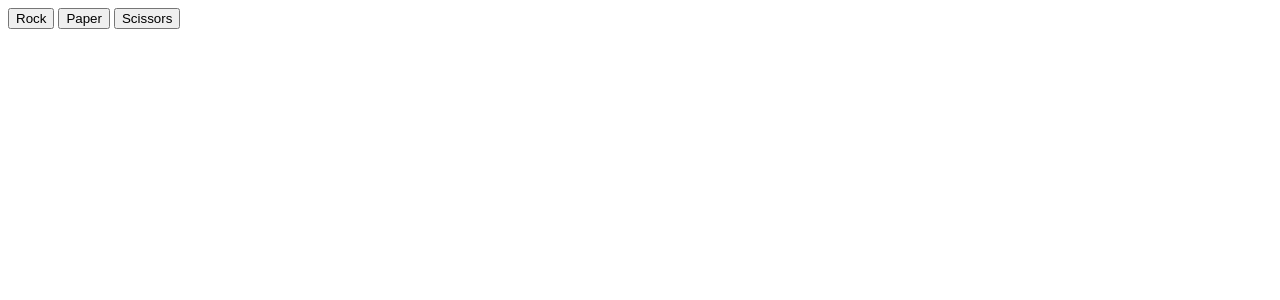
Repository: sokafootball/rock-paper-scissors
Page: index.html
An editor plug-in stored every save of this project. The page is shown before and after the next save, followed by the edit.
The browser window is 1280 px wide. The pictures show the whole page.
After loading, the first visible `#rock-btn` was clicked once.

Above is the page before, as saved 2020-04-14 19:31:23.

### index.html
<html>
<body>
<div id="buttons-div">
  <button id="rock-btn">Rock</button>
  <button id="paper-btn">Paper</button>
  <button id="scissors-btn">Scissors</button>
</div>
<div id="result-div">
</div>

  <script>
    const ROCK = `Rock`, PAPER = `Paper`, SCISSORS = `Scissors`
    const CHOICES = [ROCK, PAPER, SCISSORS]
    const rockButton = document.querySelector(`#rock-btn`)
    const paperButton = document.querySelector(`#paper-btn`)
    const scissorsButton = document.querySelector(`#scissors-btn`)
    const buttons = document.querySelectorAll(`button`)
    const resultDiv = document.querySelector(`#result-div`)

    buttons.forEach(button => button.addEventListener(`click`, (e) => {
      let playerSelection = e.target.innerText
      game(playerSelection)
    }))

    function game(playerSelection){
        let computerSelection = computerPlay()

        console.log(playRound(playerSelection, computerSelection))
    }

    function computerPlay(){
      return CHOICES[Math.floor(Math.random() * 3)]
    }

    function showLoseMessage(playerSelection, computerSelection){
      return `You Lose! ${computerSelection} beats ${playerSelection}`
    }

     function showWinMessage(playerSelection, computerSelection){
      return `You Win! ${playerSelection} beats ${computerSelection}`
    }



    function playRound(playerSelection, computerSelection){
      if (playerSelection == computerSelection){
        return `Draw! You both selected ${playerSelection}`
      }
      if (playerSelection == ROCK){
        if (computerSelection == PAPER) return showLoseMessage(playerSelection, computerSelection)
        return showWinMessage(playerSelection, computerSelection)
      }
      if (playerSelection == SCISSORS){
        if (computerSelection == ROCK) return showLoseMessage(playerSelection, computerSelection)
        return showWinMessage(playerSelection, computerSelection)
      }
      if (playerSelection == PAPER){
        if (computerSelection == SCISSORS) return showLoseMessage(playerSelection, computerSelection)
        return showWinMessage(playerSelection, computerSelection)
      }
    }

  </script>
</body>

</html>

After the next save:
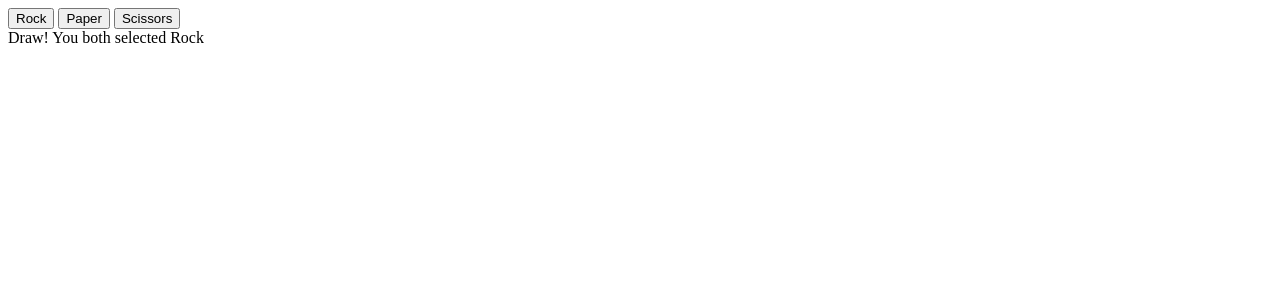
Saved 74 s later.
--- a/index.html
+++ b/index.html
@@ -24,8 +24,8 @@
 
     function game(playerSelection){
         let computerSelection = computerPlay()
-
-        console.log(playRound(playerSelection, computerSelection))
+        let gameResult = playRound(playerSelection, computerSelection)
+        resultDiv.innerText = gameResult
     }
 
     function computerPlay(){
